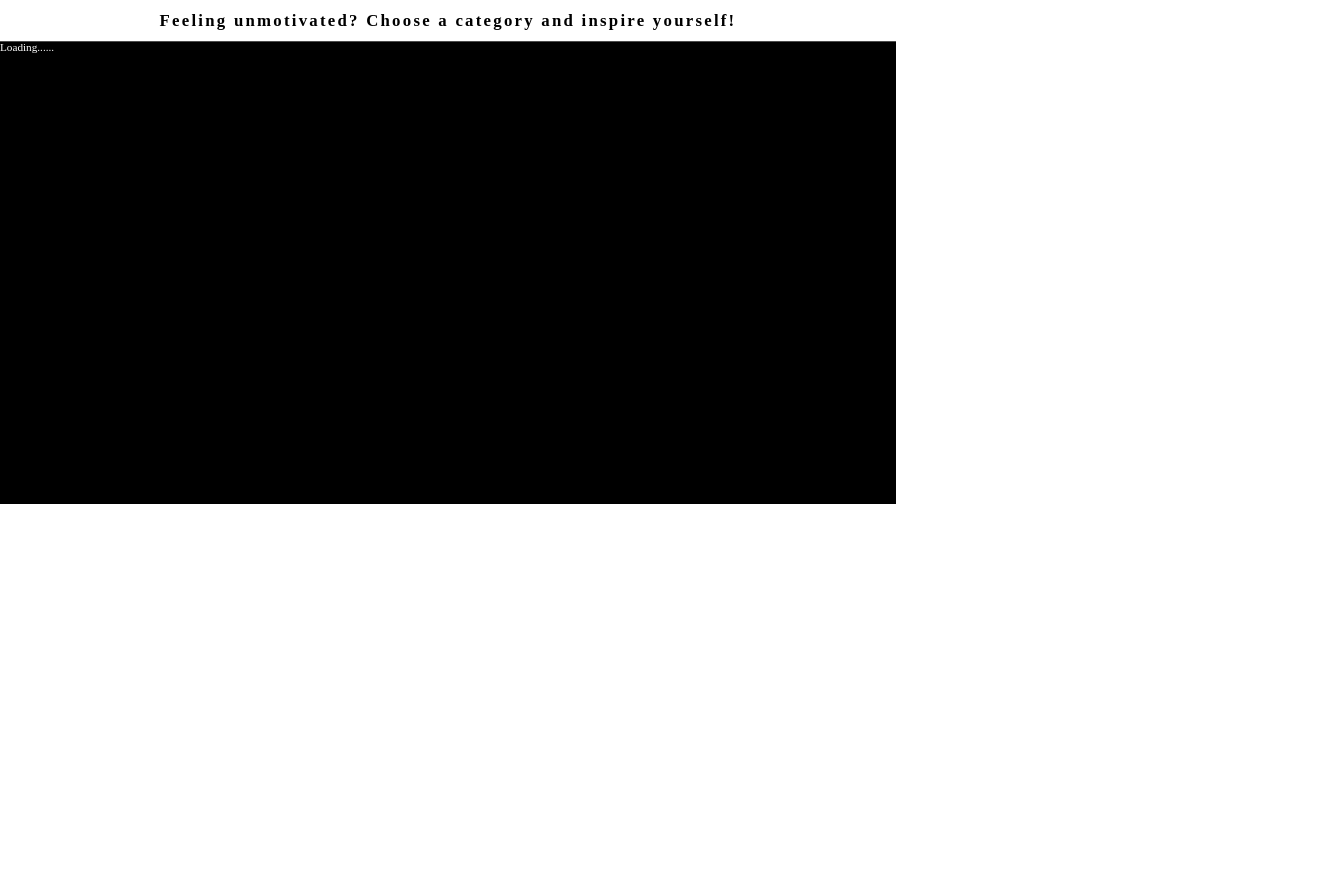
Repository: alanrceratti/motivational
Page: /
These files come from the project's save history. The page is drawn as it stood at one moment and after the next save; the edit follows.
The browser window is 1280 px wide. The page is 12201 px wide, then 1315 px, so the pictures cover 1920 px, including what lies to the right of the window. The pictures show the part of the page from y = 0 to 1280 px (the page is 9663 px tall before and 1019 px after), at 70% of full size.
The page's requests for data from a server got no answer. Some web fonts or font styles are not loaded; a fallback is used. The project was rebuilt for these pictures with package versions that can differ from the ones it lists, and the page was loaded fresh each time. No one was signed in, and anything a server would have sent is missing. Also part of the build but not shown: webpack.config.js, src/Options.module.scss, src/Options.js, src/Components/CategorySelect.module.scss.

Above is the page before, as saved 2023-01-14 17:31:41.

After the next save:
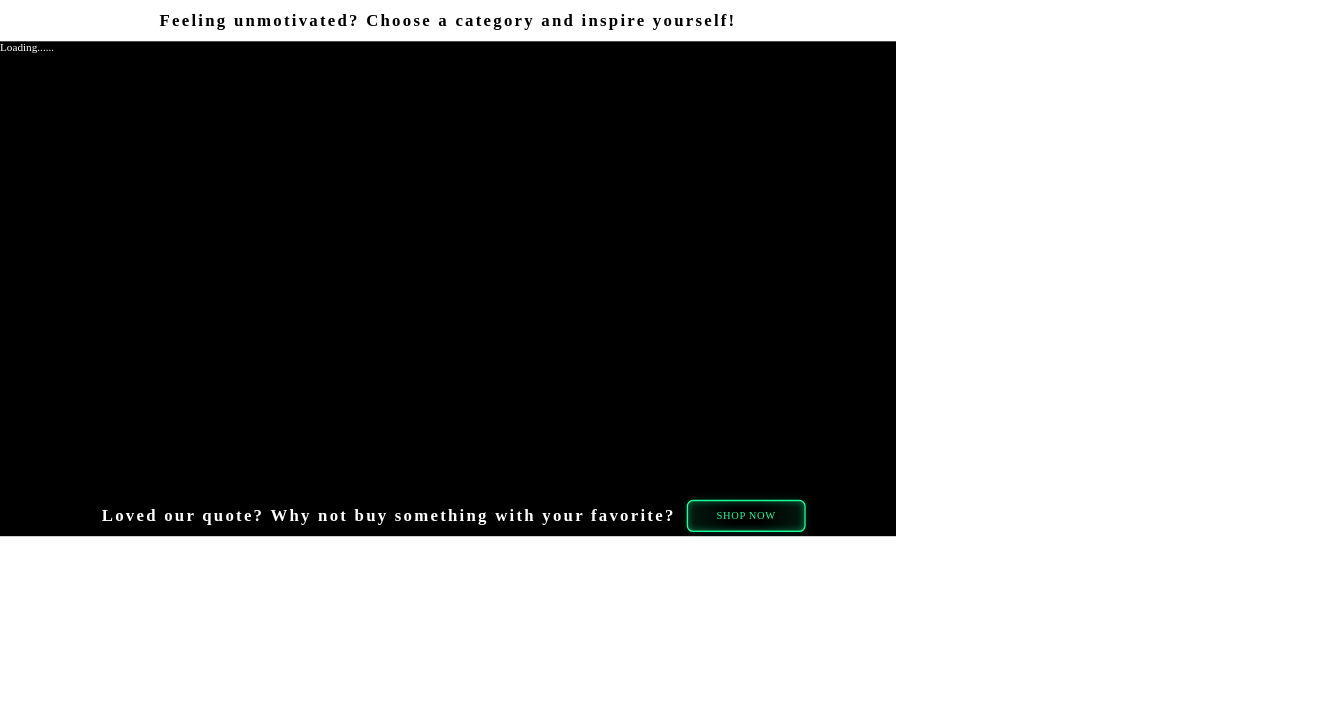
Saved 9 s later.
--- a/src/Components/Loading.scss
+++ b/src/Components/Loading.scss
@@ -87,8 +87,8 @@
 
 .loader {
 	position: relative;
-	width: 900vw;
-	height: 900vh;
+	width: 90vw;
+	height: 90vh;
 	transform: rotate(45deg);
 	margin: 0 auto;
 	justify-items: center;
